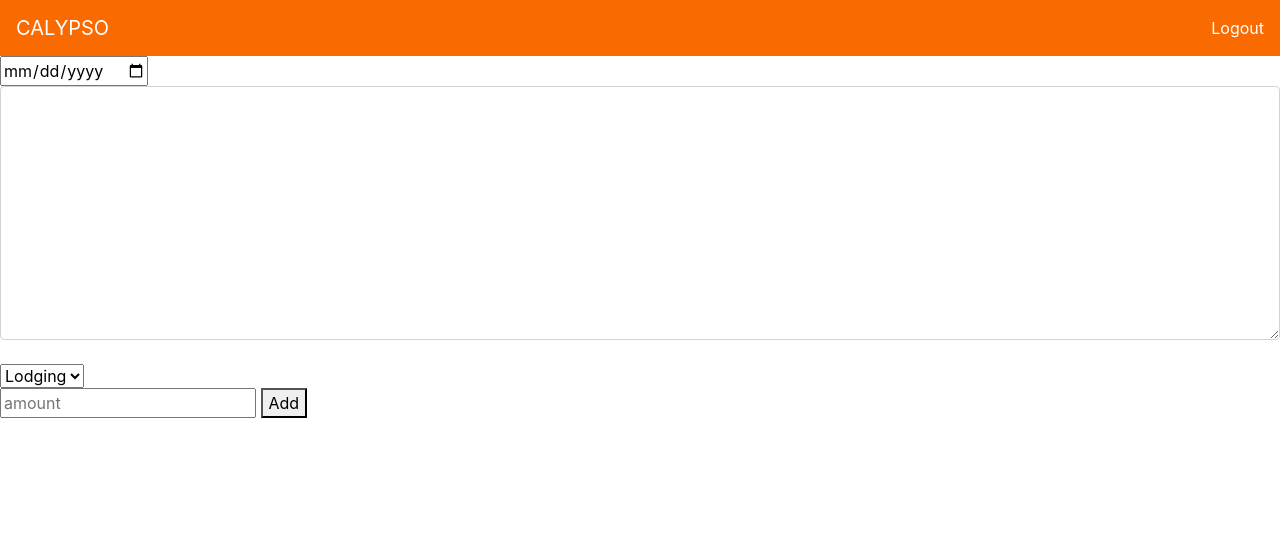
Repository: mileslacue/Project1
Page: Minimal Viable Product/Project1/ERS/src/main/webapp/partials/createReimbursement.html
The author's editor kept a copy of each file at every save. The page is drawn from the files as they stood at one save, then again after the next save.
The browser window is 1280 px wide. The pictures show the whole page.
Some web libraries are served in a nearby version.

Above is the page before, as saved 2018-11-07 14:23:53.

After the next save:
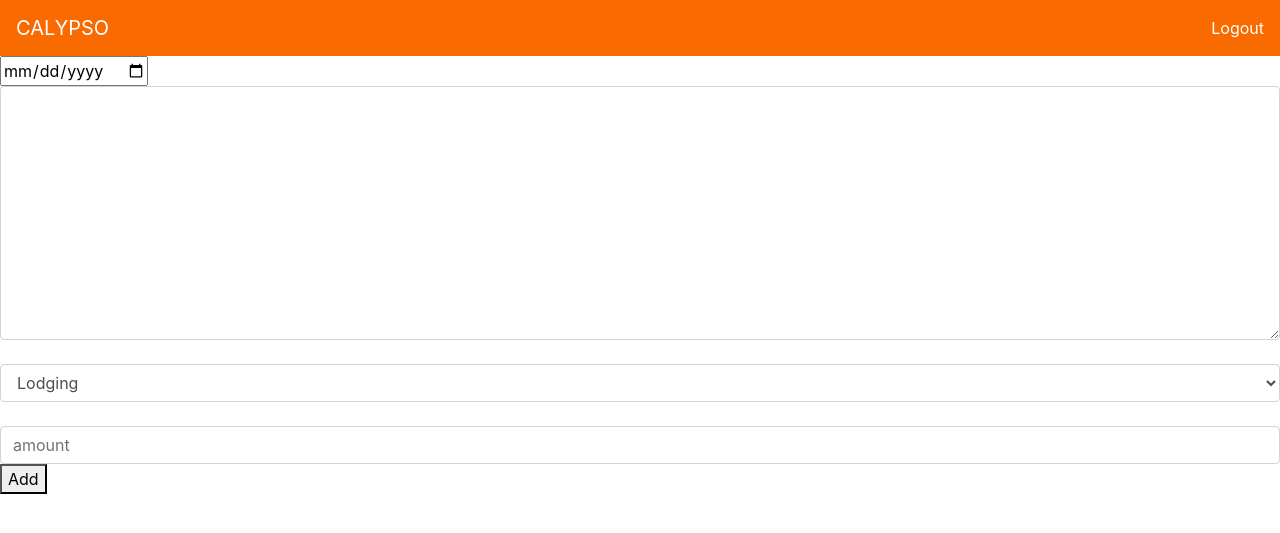
Saved 37 s later.
--- a/Minimal Viable Product/Project1/ERS/src/main/webapp/partials/createReimbursement.html
+++ b/Minimal Viable Product/Project1/ERS/src/main/webapp/partials/createReimbursement.html
@@ -27,14 +27,14 @@ nav {
 	<br>
 	<textarea class="form-control" name="description" id="description" cols="30" rows="10"></textarea>
 	<br>
-	<select name="type" id="type">
+	<select class="form-control" name="type" id="type">
 		<option value="Lodging">Lodging</option>
 		<option value="Travel">Travel</option>
 		<option value="Food">Food</option>
 		<option value="Other">Other</option>
 	</select>
 	<br>
-	<input type="number" placeholder="amount" id="amount">
+	<input class="form-control"type="number" placeholder="amount" id="amount">
 	<button type="submit" id="add">Add</button>
 
 	<script src="https://code.jquery.com/jquery-3.3.1.slim.min.js"
